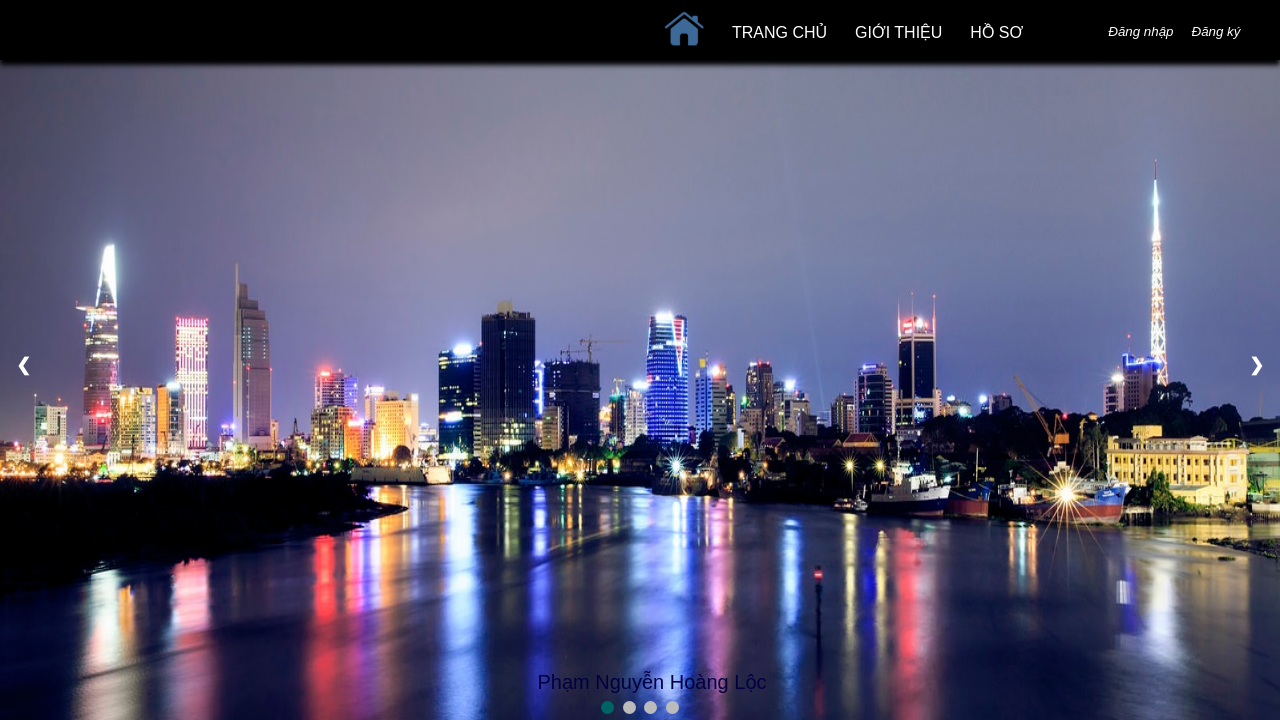
Repository: viplocpro/jsp
Page: ChatServlet/WebContent/index.html
An editor plug-in stored every save of this project. The page is shown before and after the next save, followed by the edit.
The browser window is 1280 px wide. The pictures show the whole page.

Above is the page before, as saved 2016-10-13 02:19:05.

### ChatServlet/WebContent/index.html
<!DOCTYPE html>
<html>
<head>
<meta charset="UTF-8">
<link rel="stylesheet" type="text/css" href="style/style.css">
<script src="javascript/test.js" type="text/javascript"></script>
<title>Hello UIT</title>
</head>
<body>
<div id ="menu">
	<ul class="menu-1">
		<li class="home-menu-1"><img src="image/home.png" width="40px" height="35px"></li>
		<li>TRANG CHỦ</li>
		<li>GIỚI THIỆU</li>
		<li>HỒ SƠ</li>
	</ul>
	<ul class="menu-2">
		<li>Đăng ký</li>
		<li>Đăng nhập</li>
	</ul>
</div>
<div id="content" class="slideshow-container" >
	  	<div class="mySlides fade" style="background-image:url(image/i1.jpg);width:100%; height: 100%; background-size:100% 100%;">
	    	<div class="numbertext">1 / 4</div>
	    	<div class="text">Phạm Nguyễn Hoàng Lộc</div>
	  	</div>

	  	<div class="mySlides fade" style="background-image:url(image/i2.jpg);width:100%; height: 100%; background-size:100% 100%;">
	    	<div class="numbertext">2 / 4</div>
	    	<div class="text">Hồ Thanh Bình</div>
	  	</div>

	  	<div class="mySlides fade" style="background-image:url(image/i5.jpg);width:100%; height: 100%; background-size:100% 100%;">
	    	<div class="numbertext">3 / 4</div>
	    	<div class="text">Nguyễn Văn Duy</div>
	  	</div>

	  	<div class="mySlides fade" style="background-image:url(image/i4.jpg);width:100%; height: 100%; background-size:100% 100%;">
	    	<div class="numbertext">4 / 4</div>
	    	<div class="text">Hà Đại Dương</div>
	  	</div>

	  	<a class="prev" onclick="plusSlides(-1)">&#10094;</a>
	  	<a class="next" onclick="plusSlides(1)">&#10095;</a>

	 	<div id="dot" style="text-align:center">
		  <span class="dot" onclick="currentSlide(1)"></span>
		  <span class="dot" onclick="currentSlide(2)"></span>
		  <span class="dot" onclick="currentSlide(3)"></span>
		  <span class="dot" onclick="currentSlide(4)"></span>
		</div>
</div>
<script>

var slideIndex = 1;
showSlides(slideIndex);

setInterval(function(){
	slideIndex++;
	showSlides(slideIndex);
}, 10000);


function plusSlides(n) {
  showSlides(slideIndex += n);
}

function currentSlide(n) {
  showSlides(slideIndex = n);
}

function showSlides(n) {
  var i;
  var slides = document.getElementsByClassName("mySlides");
  var dots = document.getElementsByClassName("dot");

  if (n > slides.length) {slideIndex = 1}
  if (n < 1) {slideIndex = slides.length}
  for (i = 0; i < slides.length; i++) {
      slides[i].style.display = "none";
  }
  for (i = 0; i < dots.length; i++) {
      dots[i].className = dots[i].className.replace(" active", "");
  }
  slides[slideIndex-1].style.display = "block";
  dots[slideIndex-1].className += " active";
}
</script>
</body>
</html>

### ChatServlet/WebContent/style/style.css
*{
	padding:0;
	margin:0;
}
body{
	padding:0px;
	margin:0px;
	position:fixed;
	width:100%;
  	height:100%;
  	font-family: Arial,Helvetica,sans-serif;
}
#content
{
	width:100%;
  	height:100%;
  	z-index:0;
}
#menu
{
	width: 100%;
	height: 60px;
	z-index:1;
	position: absolute;
	//border: 1px solid white;
	//border-radius: 12px;
	//margin-left: 58%;
	color: white;
	//background-image: url(../image/bg-menu.jpg);
	background-size: 100% 100%;
	//border-bottom: 2px solid #444;
	background: black;
	box-shadow: 0px 5px 5px 0px black;
}
#menu ul
{
	position: relative;
    top: 20px;
    margin-left: 50%;
    margin-right: 2%;
}
#menu ul.menu-1 li
{
	cursor: pointer;
	list-style-type: none;
	float: left;
    //width: 100px;
    text-align: center;
   	margin-left: 20px;
    padding: 4px;
}
#menu ul.menu-1 li.home-menu-1
{
	//margin-bottom:5px;
	margin-top: -13px;
}
{
	cursor: pointer;
	list-style-type: none;
	float: left;
    //width: 100px;
    text-align: center;
   	margin-left: 20px;
    padding: 4px;
}

#menu ul.menu-2 li
{
	cursor: pointer;
	list-style-type: none;
    text-align: center;
    float: right;
    font-style: italic;
    font-size: smaller;
    margin-right: 10px;
    padding: 4px;
}

#menu ul.menu-1 li:hover:not(.home-menu-1)
{
	//border-radius: 12px;
	//background-color:blue;
	//font-weight: bold;
	border-bottom: 3px solid #ff405c;
	color: #ff405c;
}
#menu ul.menu-2 li:hover
{
	color: orange;
}
/* Slideshow container */
.slideshow-container {
  position: relative;
  margin: auto;
}
/* Next & previous buttons */
.prev, .next {
  cursor: pointer;
  position: absolute;
  top: 50%;
  width: auto;
  margin-top: -22px;
  padding: 16px;
  color: white;
  font-weight: bold;
  font-size: 18px;
  transition: 0.6s ease;
  border-radius: 0 3px 3px 0;
}

/* Position the "next button" to the right */
.next {
  right: 0;
  border-radius: 3px 0 0 3px;
}

/* On hover, add a black background color with a little bit see-through */
.prev:hover, .next:hover {
  background-color: rgba(0,0,0,0.8);
}

/* Caption text */
.text {
  color: #f2f2f2;
  font-size: 20px;
  padding: 8px 12px;
  position: absolute;
  bottom: 18px;
  width: 100%;
  text-align: center;
  color: #000040;
}

/* Number text (1/3 etc) */
.numbertext {
  color: #f2f2f2;
  font-size: 12px;
  padding: 8px 12px;
  position: absolute;
  top: 0;
}

#dot
{
	position: inherit;
    bottom: 20px;
}

/* The dots/bullets/indicators */
.dot {
  cursor:pointer;
  height: 13px;
  width: 13px;
  margin: 0 2px;
  background-color: #bbb;
  border-radius: 50%;
  display: inline-block;
  transition: background-color 0.6s ease;
}

.active, .dot:hover {
  background-color: #006464;
}

/* Fading animation */
.fade {
  -webkit-animation-name: fade;
  -webkit-animation-duration: 5s;
  animation-name: fade;
  animation-duration: 2s;
}

@-webkit-keyframes fade {
  from {opacity: .4}
  to {opacity: 1}
}

@keyframes fade {
  from {opacity: .4}
  to {opacity: 1}
}
.overlay {
    position: fixed;
    top: 0;
    left: 0;
    z-index: -1;
    display: block;
    background-color: black;
    opacity: 0;
    width: 100%;
    height: 100%;
    -webkit-transition: opacity 1s;
    -moz-transition: opacity 1s;
    -o-transition: opacity 1s;
    -ms-transition: opacity 1s;
    transition: opacity 1s;
}

### ChatServlet/WebContent/javascript/test.js
//var slideIndex = 1;
//showSlides(slideIndex);
//
//setInterval(function(){
//	slideIndex++;
//	showSlides(slideIndex);
//}, 5000);
//
//
//function plusSlides(n) {
//  showSlides(slideIndex += n);
//}
//
//function currentSlide(n) {
//  showSlides(slideIndex = n);
//}
//
//function showSlides(n) {
//  var i;
//  var slides = document.getElementsByClassName("mySlides");
//  var dots = document.getElementsByClassName("dot");
//
//  if (n > slides.length) {slideIndex = 1}
//  if (n < 1) {slideIndex = slides.length}
//  for (i = 0; i < slides.length; i++) {
//      slides[i].style.display = "none";
//  }
//  for (i = 0; i < dots.length; i++) {
//      dots[i].className = dots[i].className.replace(" active", "");
//  }
//  slides[slideIndex-1].style.display = "block";
//  dots[slideIndex-1].className += " active";
//}

After the next save:
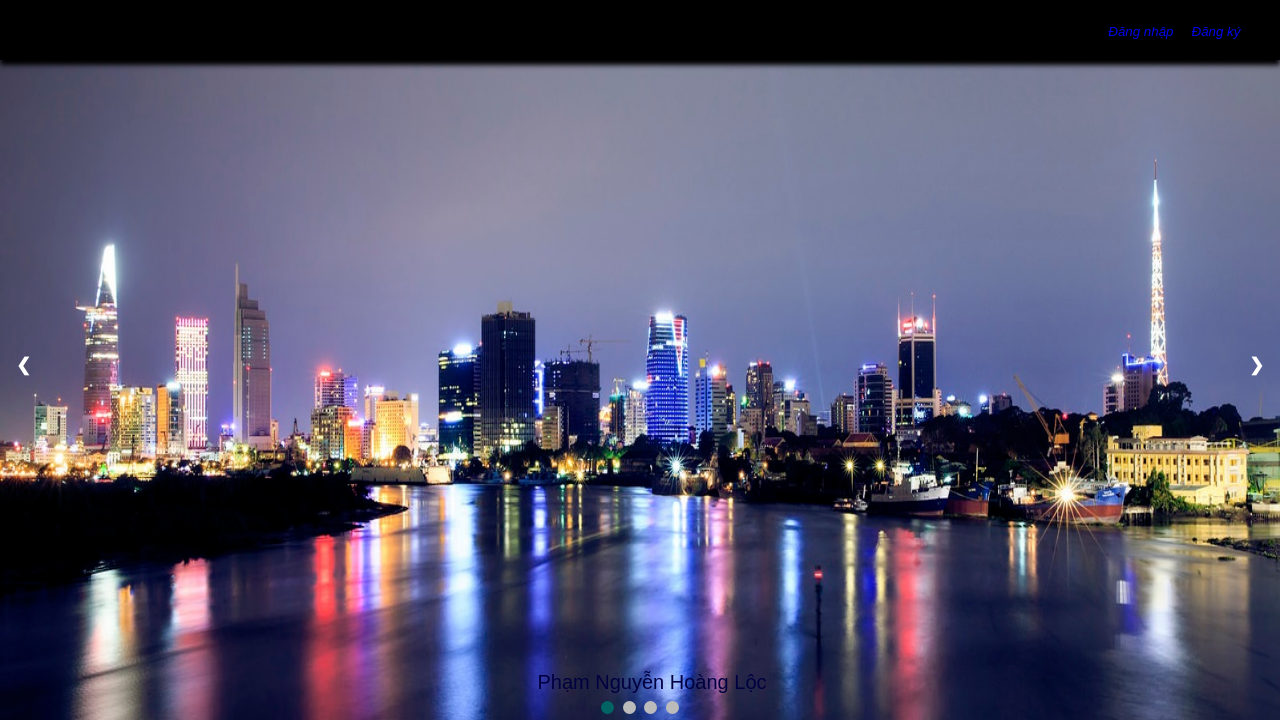
Saved 47 min 34 s later.
--- a/ChatServlet/WebContent/index.html
+++ b/ChatServlet/WebContent/index.html
@@ -8,15 +8,15 @@
 </head>
 <body>
 <div id ="menu">
-	<ul class="menu-1">
+	<!-- ul class="menu-1">
 		<li class="home-menu-1"><img src="image/home.png" width="40px" height="35px"></li>
 		<li>TRANG CHỦ</li>
 		<li>GIỚI THIỆU</li>
 		<li>HỒ SƠ</li>
-	</ul>
+	</ul>-->
 	<ul class="menu-2">
-		<li>Đăng ký</li>
-		<li>Đăng nhập</li>
+		<a href="register"><li>Đăng ký</li></a>
+		<a href="login"><li>Đăng nhập</li></a>
 	</ul>
 </div>
 <div id="content" class="slideshow-container" >
